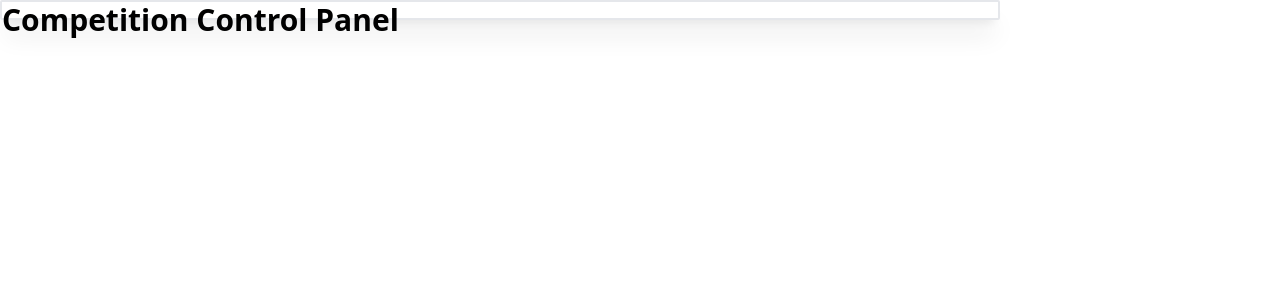
Repository: techieRahul17/blackoutscreen
Page: public/admin1.html
An editor plug-in stored every save of this project. The page is shown before and after the next save, followed by the edit.
The browser window is 1280 px wide. The pictures show the whole page.
Some web libraries are served in a nearby version.

Above is the page before, as saved 2025-08-28 19:18:38.

### public/admin1.html
<!DOCTYPE html>
<html>
<head>
    <title>Admin Page</title>
    <script src="https://cdn.tailwindcss.com"></script>
    <div>
      <div class="w-[1000px] h-[20px] rounded-sm border-2 shadow-xl">
       <h1 class="text-3xl font-bold text-black">Competition Control Panel</h1>


    </div>

    </div>
</head>
<body>

</body>





</html>

After the next save:
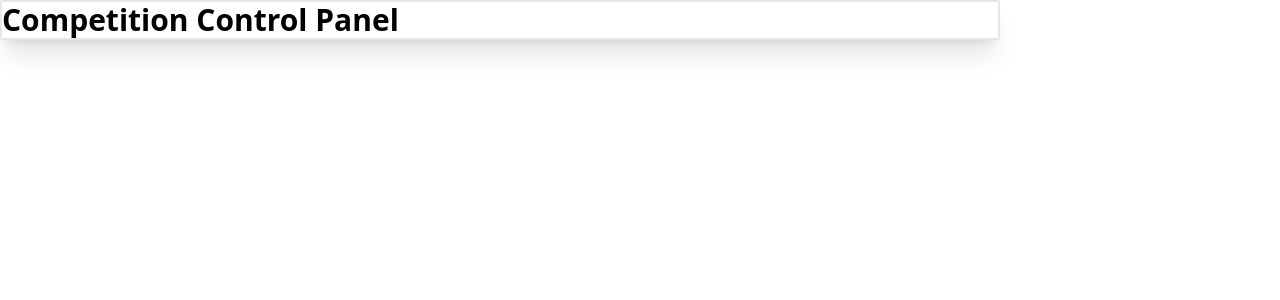
Saved 12 s later.
--- a/public/admin1.html
+++ b/public/admin1.html
@@ -4,7 +4,7 @@
     <title>Admin Page</title>
     <script src="https://cdn.tailwindcss.com"></script>
     <div>
-      <div class="w-[1000px] h-[20px] rounded-sm border-2 shadow-xl">
+      <div class="w-[1000px] h- rounded-sm border-2 shadow-xl">
        <h1 class="text-3xl font-bold text-black">Competition Control Panel</h1>
 
 
